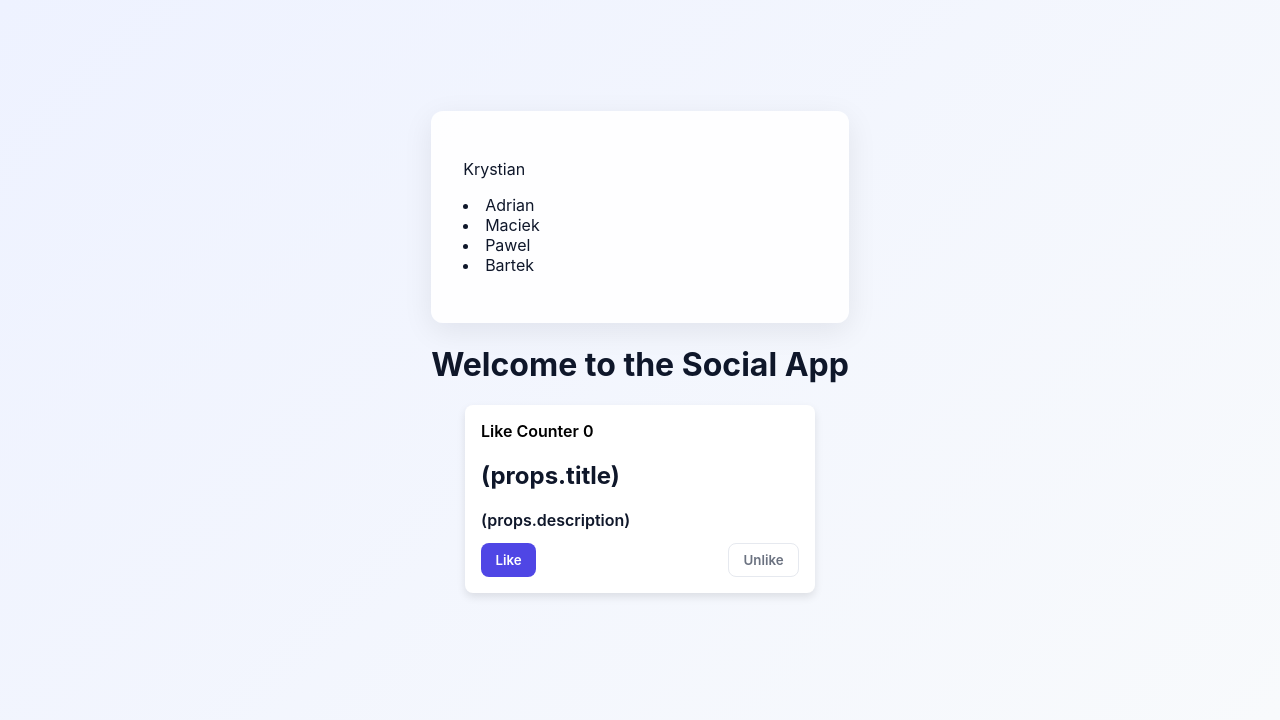
Repository: KrystianTrzy/reactapt
Page: /
An editor plug-in stored every save of this project. The page is shown before and after the next save, followed by the edit.
The browser window is 1280 px wide. The pictures show the whole page.
The project was rebuilt for these pictures with package versions that can differ from the ones it lists, and the page was loaded fresh each time.

Above is the page before, as saved 2025-11-22 09:28:54.

### src/index.js
import React from 'react';
import ReactDOM from 'react-dom/client';
import './index.css';
import App from './components/App/App';
import LikeCounter from './components/App/LikeCounter/LikeCounter';

const root = ReactDOM.createRoot(document.getElementById('root'));
root.render(
  <React.StrictMode>
    <div>
      <App />
      <h1>Welcome to the Social App</h1>
      <LikeCounter />

    </div>
  </React.StrictMode>
);

// If you want to start measuring performance in your app, pass a function
// to log results (for example: reportWebVitals(console.log))
// or send to an analytics endpoint. Learn more: https://bit.ly/CRA-vitals

### src/index.css
:root {
	--bg: #f6f8ff;
	--card: #ffffff;
	--accent: #4f46e5;
	--muted: #6b7280;
	--radius: 12px;
}

* {
	box-sizing: border-box;
}

html, body, #root {
	height: 100%;
}

body {
	margin: 0;
	font-family: Inter, system-ui, -apple-system, 'Segoe UI', Roboto, 'Helvetica Neue', Arial;
	background: linear-gradient(135deg, #eef2ff 0%, #f8fafc 100%);
	color: #0f172a;
	-webkit-font-smoothing: antialiased;
	-moz-osx-font-smoothing: grayscale;
}

#root {
	display: flex;
	align-items: center;
	justify-content: center;
	padding: 2rem;
}

.App {
	width: 100%;
	max-width: 920px;
	background: rgba(255,255,255,0.9);
	border-radius: var(--radius);
	box-shadow: 0 8px 30px rgba(2,6,23,0.08);
	padding: 2rem;
}

ul {
	padding-left: 1.1rem;
}

button {
	font-family: inherit;
}

### src/components/App/App.js
import LikeCounter from './LikeCounter/LikeCounter';

function App() {
  const name = "Krystian";
  const names =['Adrian', 'Maciek', 'Pawel', 'Bartek'];
  return (
    <>
      <div className="App">
          <p>
            {name.length > 4 ? name : 'Hello firends'}
          </p>
          <p> {names.map((name) => <li key={name}>{name}</li>) }</p>
      </div>
    </>
  );
}

export default App;

### src/components/App/LikeCounter/LikeCounter.js
import React, { useState } from 'react'
import './LikeCounter.css'

function LikeCounter() {
    const [likes, setLikes] = useState(0);
    const handleLike = () => {
        setLikes(likes + 1);
    };

    const handleUnlike = () => {
        if (likes > 0) {
            setLikes(likes - 1);
        }
    };

    return (
        <div className="post">
            <p style={{ color: likes > 0 ? 'blue' : 'black' }}>Like Counter {likes}</p>
            <h2>(props.title)</h2>
            <p>(props.description)</p>
            <div className="actions">
                <button onClick={handleLike}>Like</button>
                <button onClick={handleUnlike}>Unlike</button>
            </div>
        </div>
    )
}

export default LikeCounter;

### src/components/App/LikeCounter/LikeCounter.css
.post {
    box-shadow: 0 4px 8px rgba(0, 0, 0, 0.1);
    padding: 1rem;
    width: 350px;
    border-radius: 0.5rem;
}

.actions {
    display: flex;
    flex-direction: row;
    justify-content: space-between;
}

.post {
    background: var(--card);
    margin: 1rem auto;
    color: #0f172a;
}

.post p {
    margin: 0 0 0.8rem 0;
    font-weight: 600;
}

.actions button {
    padding: 0.5rem 0.9rem;
    border-radius: 8px;
    border: none;
    cursor: pointer;
    font-weight: 600;
}

.actions button:first-child {
    background: var(--accent);
    color: white;
}

.actions button:last-child {
    background: transparent;
    color: var(--muted);
    border: 1px solid #e6e9ef;
}

.actions button:hover {
    transform: translateY(-1px);
}

Loaded but not shown: public/index.html (common file)

After the next save:
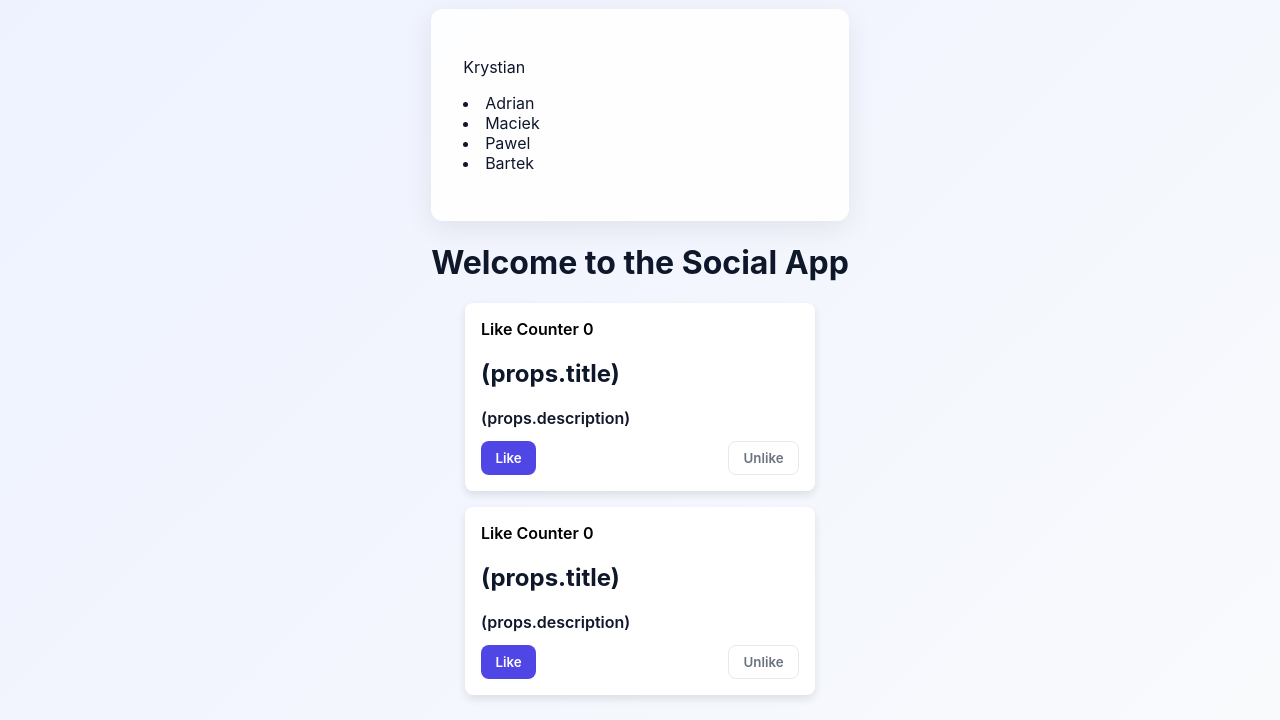
Saved 75 s later.
--- a/src/index.js
+++ b/src/index.js
@@ -11,7 +11,10 @@ root.render(
       <App />
       <h1>Welcome to the Social App</h1>
       <LikeCounter />
-
+      <LikeCounter
+        title="My First Post"
+        description="This is the description of my first post."
+      />
     </div>
   </React.StrictMode>
 );
